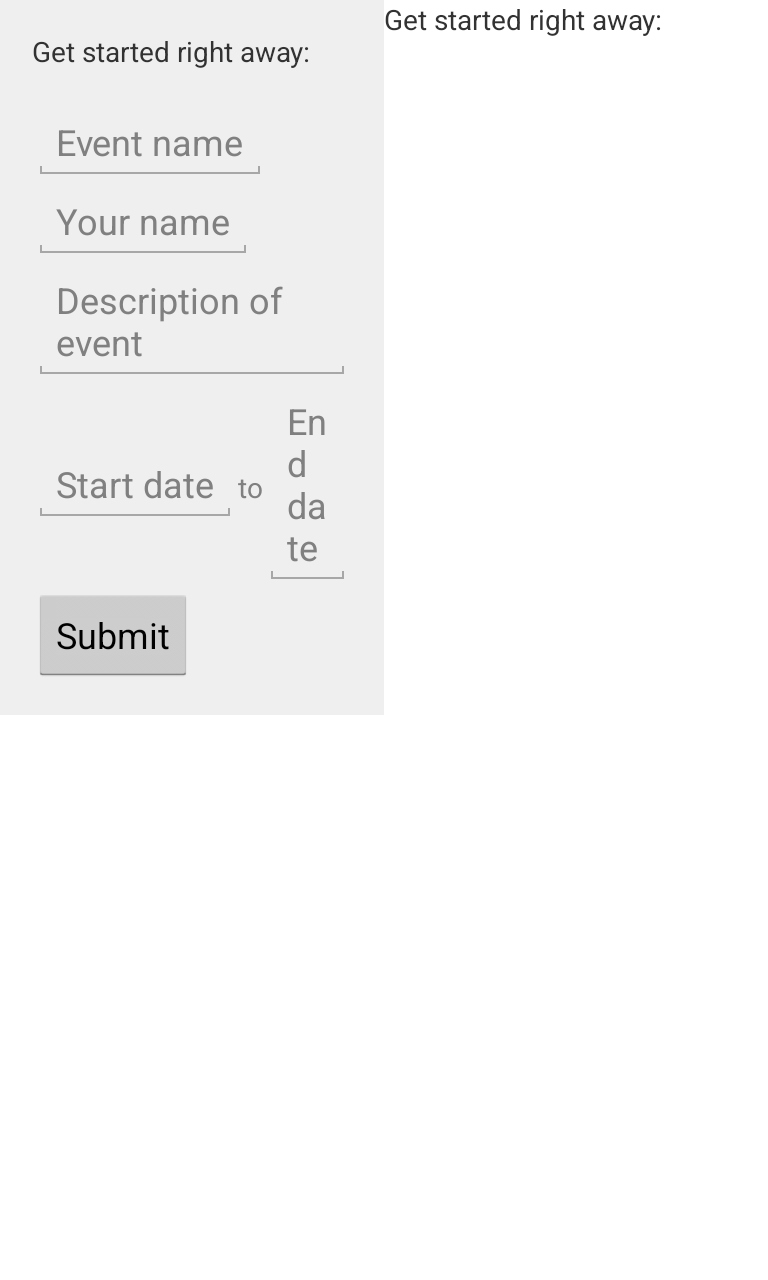
Repository: Raytray/WTFIIMC
Layout: Android/WTFIIMC/res/layout/activity_main.xml
An editor plug-in stored every save of this project. The layout is shown before and after the next save, followed by the edit.
It is drawn on a 768 x 1280 px phone screen (xhdpi) without system bars, with theme AppTheme; the app's code is not run.

Above is the layout before, as saved 2013-10-28 02:37:08.

After the next save:
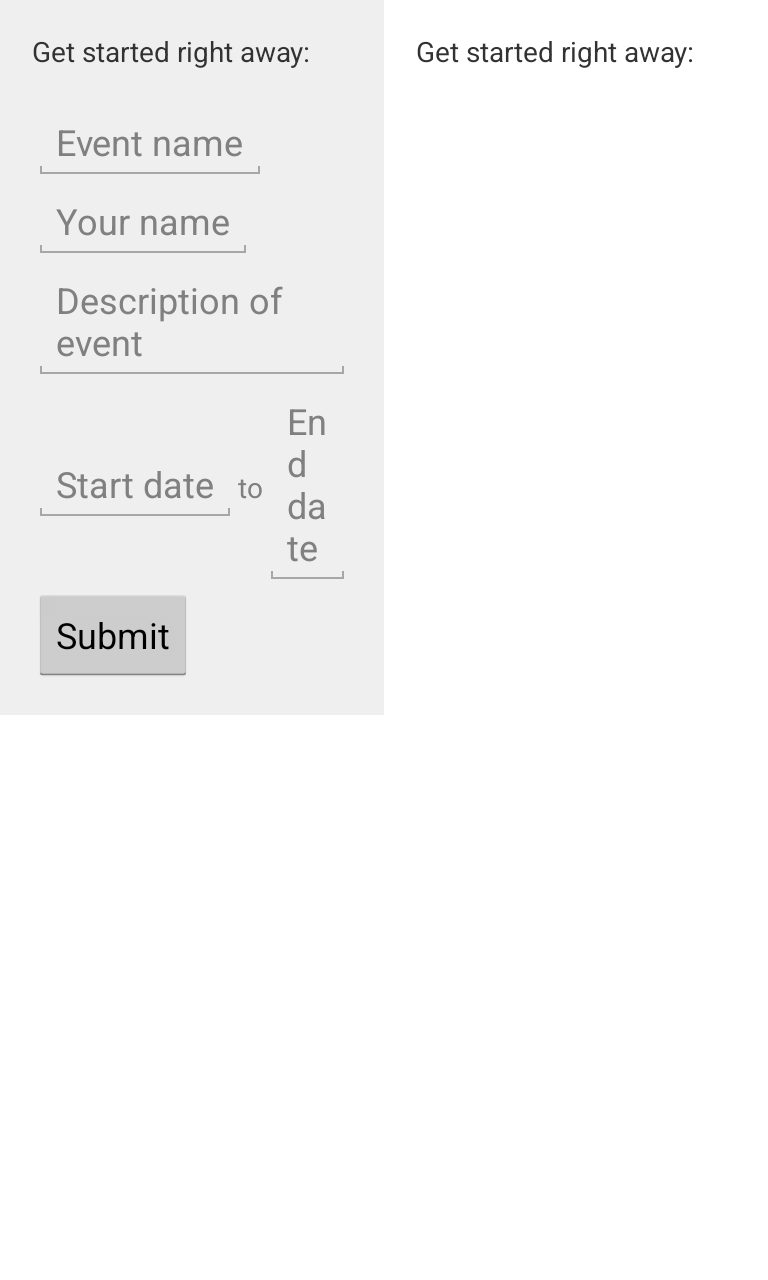
Saved 2 min 59 s later.
--- a/Android/WTFIIMC/res/layout/activity_main.xml
+++ b/Android/WTFIIMC/res/layout/activity_main.xml
@@ -67,10 +67,21 @@
                 android:layout_height="wrap_content"
                 android:layout_width="0dp"
                 android:layout_weight="1">
+	    	<LinearLayout
+			    android:layout_width="match_parent"
+			    android:layout_height="match_parent"
+			    android:paddingBottom="@dimen/activity_vertical_margin"
+			    android:paddingLeft="@dimen/activity_horizontal_margin"
+			    android:paddingRight="@dimen/activity_horizontal_margin"
+			    android:paddingTop="@dimen/activity_vertical_margin"
+			    android:orientation="vertical"
+			    tools:context=".MainActivity" >
+
 	    	<TextView
 			        android:layout_width="wrap_content"
 			        android:layout_height="wrap_content"
 			        android:text="@string/hello_world" />
+	    	</LinearLayout>
 	    </FrameLayout>
 
     </TableRow>
